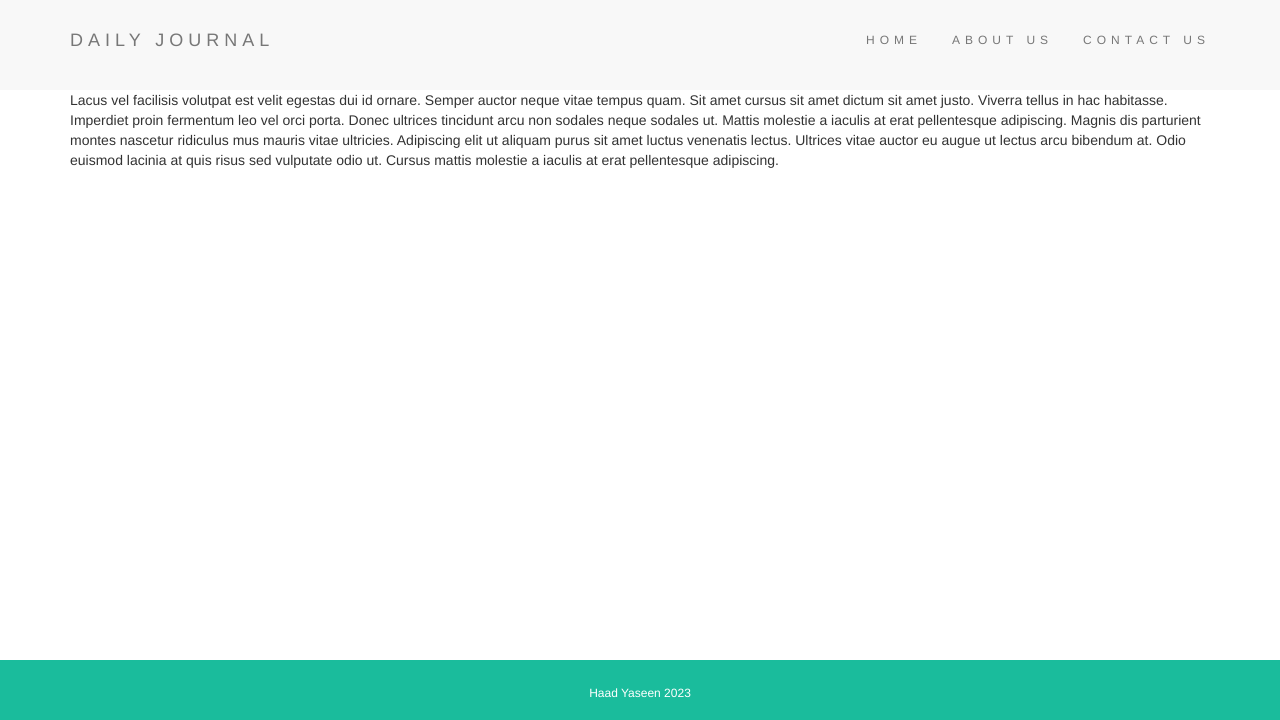
Repository: doctorpsycho/Blog-Page
Page: http://localhost/
These files come from the project's save history. The page is drawn as it stood at one moment and after the next save; the edit follows.
The browser window is 1280 px wide. The pictures show the whole page.
The page is served by the project's Node server (app.js).

Above is the page before, as saved 2023-11-22 20:00:23.

### views/home.ejs
<%- include("partials/header") -%>
<p>
    <%= homeStartingContent %>
</p>
<%- include("partials/footer") -%>

### views/partials/header.ejs
<!DOCTYPE html>
<html lang="en" dir="ltr">

<head>
  <meta charset="utf-8">
  <title>Daily Journal</title>
  <meta charset="utf-8">
  <link rel="stylesheet" href="https://maxcdn.bootstrapcdn.com/bootstrap/3.3.7/css/bootstrap.min.css">
  <link rel="stylesheet" href="/css/styles.css">
  <nav class="navbar navbar-default">
    <div class="container">
      <div class="navbar-header">
        <p class="navbar-brand">DAILY JOURNAL</p>
      </div>
        <ul class="nav navbar-nav navbar-right">
          <!-- 6 -->
          <li id="home"><a href="#">HOME</a></li>
          <li id="about"><a href="#">ABOUT US</a></li>
          <li id="contact"><a href="#">CONTACT US</a></li>
        </ul>
    </div>
  </nav>

  <body>
    <div class="container">

### views/partials/footer.ejs

</div>
<div class="footer-padding"></div>
  <div class="footer">
    <p>Haad Yaseen 2023</p>
  </div>
</div>
</body>
</html>

### app.js
//jshint esversion:6

const express = require("express");
const bodyParser = require("body-parser");
const ejs = require("ejs");


const app = express();

app.set('view engine', 'ejs');

app.use(bodyParser.urlencoded({extended: true}));
app.use(express.static("public"));

const homeStartingContent = "Lacus vel facilisis volutpat est velit egestas dui id ornare. Semper auctor neque vitae tempus quam. Sit amet cursus sit amet dictum sit amet justo. Viverra tellus in hac habitasse. Imperdiet proin fermentum leo vel orci porta. Donec ultrices tincidunt arcu non sodales neque sodales ut. Mattis molestie a iaculis at erat pellentesque adipiscing. Magnis dis parturient montes nascetur ridiculus mus mauris vitae ultricies. Adipiscing elit ut aliquam purus sit amet luctus venenatis lectus. Ultrices vitae auctor eu augue ut lectus arcu bibendum at. Odio euismod lacinia at quis risus sed vulputate odio ut. Cursus mattis molestie a iaculis at erat pellentesque adipiscing.";
const aboutContent = "Hac habitasse platea dictumst vestibulum rhoncus est pellentesque. Dictumst vestibulum rhoncus est pellentesque elit ullamcorper. Non diam phasellus vestibulum lorem sed. Platea dictumst quisque sagittis purus sit. Egestas sed sed risus pretium quam vulputate dignissim suspendisse. Mauris in aliquam sem fringilla. Semper risus in hendrerit gravida rutrum quisque non tellus orci. Amet massa vitae tortor condimentum lacinia quis vel eros. Enim ut tellus elementum sagittis vitae. Mauris ultrices eros in cursus turpis massa tincidunt dui.";
const contactContent = "Scelerisque eleifend donec pretium vulputate sapien. Rhoncus urna neque viverra justo nec ultrices. Arcu dui vivamus arcu felis bibendum. Consectetur adipiscing elit duis tristique. Risus viverra adipiscing at in tellus integer feugiat. Sapien nec sagittis aliquam malesuada bibendum arcu vitae. Consequat interdum varius sit amet mattis. Iaculis nunc sed augue lacus. Interdum posuere lorem ipsum dolor sit amet consectetur adipiscing elit. Pulvinar elementum integer enim neque. Ultrices gravida dictum fusce ut placerat orci nulla. Mauris in aliquam sem fringilla ut morbi tincidunt. Tortor posuere ac ut consequat semper viverra nam libero.";

app.get("/" , function( req , res ){
 res.render("home" , {homeStartingContent : homeStartingContent} );
});

// app.get("/" , function( req , res ){
//   res.render("about");
//  });

//  app.get("/" , function( req , res ){
//   res.render("contact");
//  });











app.listen(3000, function() {
  console.log("Server started on port: 3000");
});

Loaded but not shown: public/css/styles.css (common file)

After the next save:
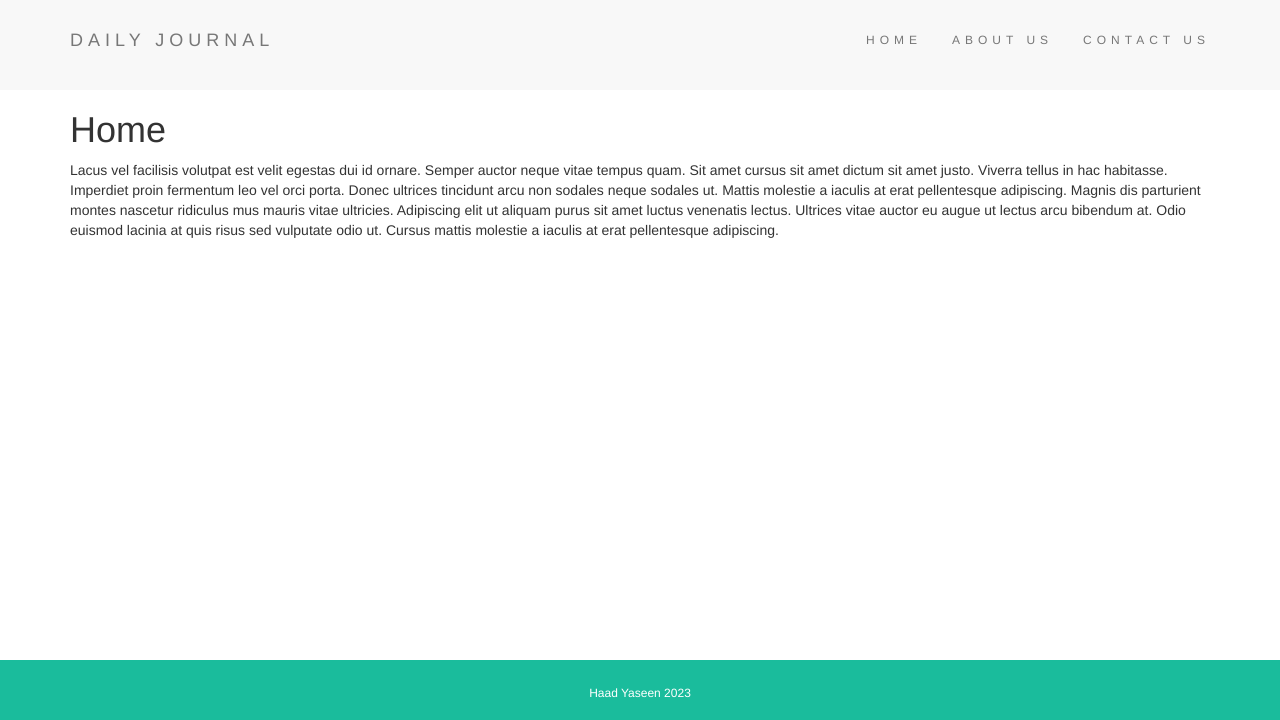
Saved 13 s later.
--- a/views/home.ejs
+++ b/views/home.ejs
@@ -1,4 +1,7 @@
 <%- include("partials/header") -%>
+<h1>
+    Home
+</h1>
 <p>
     <%= homeStartingContent %>
 </p>
